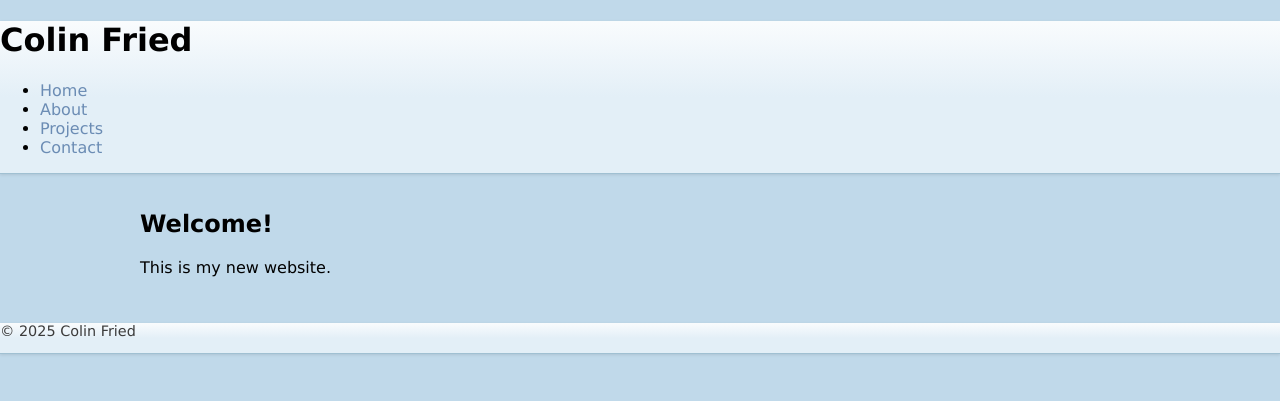
Repository: colinfdsaui/colin
Page: website.html
An editor plug-in stored every save of this project. The page is shown before and after the next save, followed by the edit.
The browser window is 1280 px wide. The pictures show the whole page.

Above is the page before, as saved 2025-07-08 12:14:23.

### website.html
<!DOCTYPE html>
<html lang="en">
<link rel="stylesheet" href="styles.css">

<head>
    <meta charset="UTF-8"/>
    <meta name="viewport" content="width=device-width, initial-scale=1.0"/>
    <title>My Website</title>
    <link rel="stylesheet" href="styles.css"/>
</head>
<body>

<!-- Header / Nav -->
<header>
    <h1>Colin Fried</h1>
    <nav>
        <ul class="nav-links">
            <li><a class="active" href="website.html">Home</a></li>
            <li><a href="about.html">About</a></li>
            <li><a href="projects.html">Projects</a></li>
            <li><a href="test.html">Contact</a></li>
        </ul>
    </nav>
</header>

<!-- Main Content-->
<main>
    <section id="hero">
        <h2>Welcome!</h2>
        <p>This is my new website.</p>
    </section>
</main>

<!-- Footer -->
<footer>
    <p> © 2025 Colin Fried</p>
</footer>

<body>
</html>

### styles.css
/* ====================
   Global & layout
   ==================== */

/* 1) Define your palette once, at the top of your main stylesheet */
:root {
  /* ─── Aqua Palette ───────────────────────────────────────────────────────── */
  /* Light backgrounds */
  --aqua-bg-primary:      #c0d9ea; /* window background */
  --aqua-bg-secondary:    #e3eff7; /* sidebar / panels */
  --aqua-bg-highlight:    #fffffd; /* key UI surfaces */

  /* Accent blues */
  --aqua-accent:          #8db9e3; /* buttons, active tabs */
  --aqua-accent-dark:     #6b8cb4; /* hover, active state */

  /* Text */
  --aqua-text-primary:    #000000; /* body text */
  --aqua-text-secondary:  #3b3b3b; /* captions, secondary labels */
  --aqua-text-inverse:    #ffffff; /* on blue buttons, etc */

  /* Borders / dividers */
  --aqua-border:          #a0c0d2;

  /* Shadows (optional) */
  --aqua-shadow:          rgba(0, 0, 0, 0.1);
}

/* Base page styles */
body {
  margin:            0;
  padding:           0;
  font-family:       "Lucida Grande", -apple-system, BlinkMacSystemFont, sans-serif;
  background-color:  var(--aqua-bg-primary);
  color:             var(--aqua-text-primary);
}

/* Header & Footer with fallback + gradient + borders + shadow */
header,
footer {
  /* solid‑color fallback */
  background-color: var(--aqua-bg-secondary);

  /* gradient layered on top */
  background-image: linear-gradient(
    to bottom,
    rgba(255,255,255,0.8) 0%,
    rgba(227,239,247,0.6) 50%,   /* semi‑transparent light aqua */
    var(--aqua-bg-secondary) 100%
  );

  background-repeat: no-repeat;
  background-size:   cover;

  border-bottom:     1px solid var(--aqua-border);
  box-shadow:        0 1px 3px var(--aqua-shadow);
}

main {
  padding:    1rem;
  max-width:  1000px;
  margin:     auto;
}

footer {
  font-size: 0.9rem;
  color:     var(--aqua-text-secondary);
}

/* ====================
   Typography & Links
   ==================== */
a {
  color:           var(--aqua-accent-dark);
  text-decoration: none;
}

a:hover {
  text-decoration: underline;
}

/* ====================
   Buttons & Panels
   ==================== */
button {
  background-color: var(--aqua-accent);
  color:            var(--aqua-text-inverse);
  border:           1px solid var(--aqua-accent-dark);
  border-radius:    4px;
  padding:          0.5em 1em;
  cursor:           pointer;
  box-shadow:       0 1px 2px var(--aqua-shadow);
  font-family:      inherit;
  transition:       background-color 0.2s ease;
}

button:hover {
  background-color: var(--aqua-accent-dark);
}

.panel {
  background-color: var(--aqua-bg-highlight);
  border:           1px solid var(--aqua-border);
  padding:          1em;
  border-radius:    6px;
}

/* ====================
   Clickable Images (cursor stays arrow)
   ==================== */
img.clickable {
  cursor:     default; /* arrow only */
  transition:
    transform 0.15s ease-out,
    filter    0.15s ease-out;
}

img.clickable:hover {
  transform: scale(1.05);
  filter:
    drop-shadow(0 4px 8px rgba(0,0,0,0.2))
    brightness(1.05);
}

/* ====================
   Flipbook container
   ==================== */
#flipbook,
#flipbook-wrapper {
  width:       800px;
  height:      600px;
  margin:      2rem auto;
  overflow:    hidden;
  background:  var(--aqua-bg-highlight);
  border:      1px solid var(--aqua-border);
  box-shadow:  0 2px 4px var(--aqua-shadow);
}

/* Two‑page layout */
#flipbook .page {
  width:         50%;
  height:        100%;
  float:         left;
  overflow:      hidden;
  background:    var(--aqua-bg-highlight);
  border-right:  1px solid var(--aqua-border);
}

#flipbook .page:last-child {
  border-right: none;
}

/* Single‑page hack */
#flipbook.single-page .page:nth-child(1) {
  display:      block;
  margin:       0 auto;
  width:        50%;
}
#flipbook.single-page .page:nth-child(2) {
  display: none;
}

/* Page images */
#flipbook .page img {
  width:       100%;
  height:      100%;
  object-fit:  contain;
  transition:  transform 0.3s ease;
}

/* Zoomed page image */
#flipbook .page img.zoomed {
  transform: scale(2);
  cursor:    zoom-out;
}

/* Mask (page‑1 illusion) */
#mask {
  position:          absolute;
  inset:             0;
  pointer-events:    none;
  background-image:  linear-gradient(
    to right,
    var(--aqua-bg-highlight) 0%,
    rgba(255,255,255,0)      40%,
    rgba(255,255,255,0)      60%,
    var(--aqua-bg-highlight) 100%
  );
  display:           none;
}

/* Full‑screen zoom modal */
#zoom-modal {
  display:          none;
  position:         fixed;
  inset:            0;
  background:       rgba(0, 0, 0, 0.8);
  z-index:          9999;
  align-items:      center;
  justify-content:  center;
  overflow:         auto;
}

#zoom-modal img {
  width:       150%;
  height:      150%;
  transform:   translate(-15%);
  object-fit:  contain;
}

After the next save:
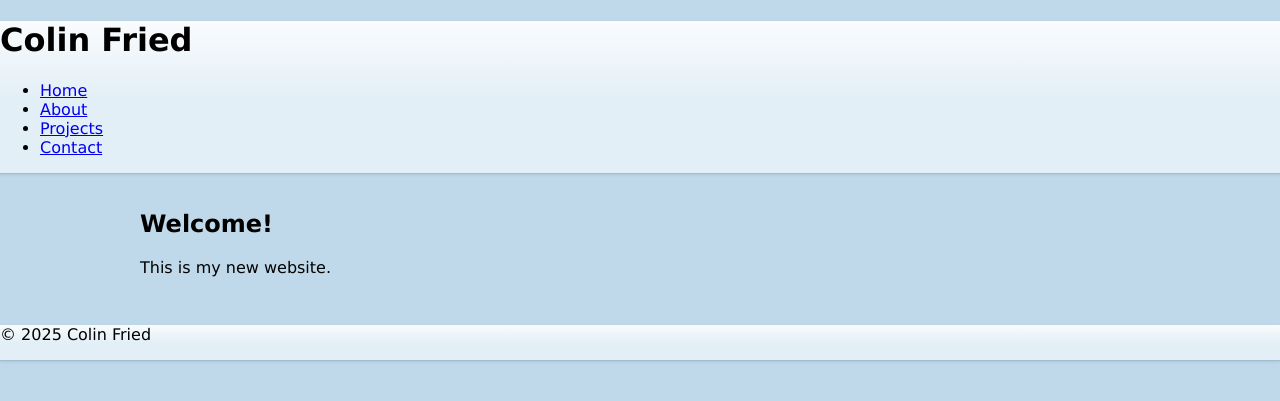
Saved 37 s later.
--- a/styles.css
+++ b/styles.css
@@ -60,6 +60,11 @@
   padding:    1rem;
   max-width:  1000px;
   margin:     auto;
+  background-image: linear-gradient(
+    to bottom,
+    rgba(255,255,255,0.8) 0%,
+    rgba(227,239,247,0.6) 50%,   /* semi‑transparent light aqua */
+    var(--aqua-bg-secondary) 100%
 }
 
 footer {

After the save that followed:
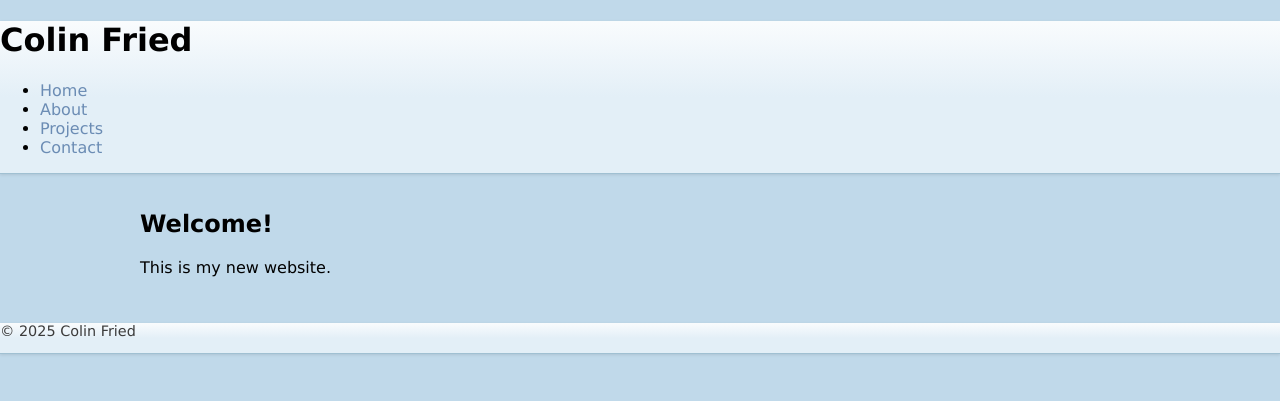
Saved 4 s later.
--- a/styles.css
+++ b/styles.css
@@ -60,11 +60,6 @@
   padding:    1rem;
   max-width:  1000px;
   margin:     auto;
-  background-image: linear-gradient(
-    to bottom,
-    rgba(255,255,255,0.8) 0%,
-    rgba(227,239,247,0.6) 50%,   /* semi‑transparent light aqua */
-    var(--aqua-bg-secondary) 100%
 }
 
 footer {
